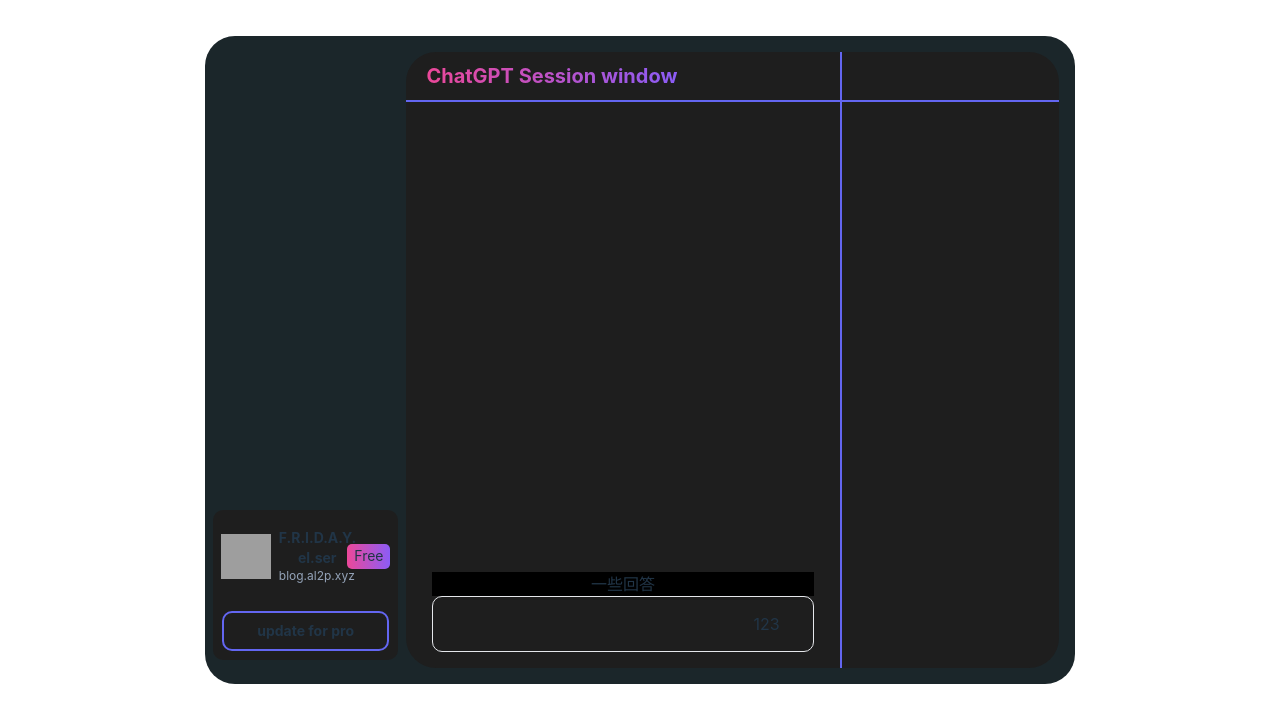
Repository: yezhonghu0503/chatgpt-vue-lac
Page: /
The author's editor kept a copy of each file at every save. The page is drawn from the files as they stood at one save, then again after the next save.
The browser window is 1280 px wide. The pictures show the whole page.
Pictures or frames that could not be fetched are drawn as grey boxes. The project was rebuilt for these pictures with package versions that can differ from the ones it lists, and the page was loaded fresh each time. Also part of the build but not shown: vite.config.ts.

Above is the page before, as saved 2023-05-18 18:33:44.

After the next save:
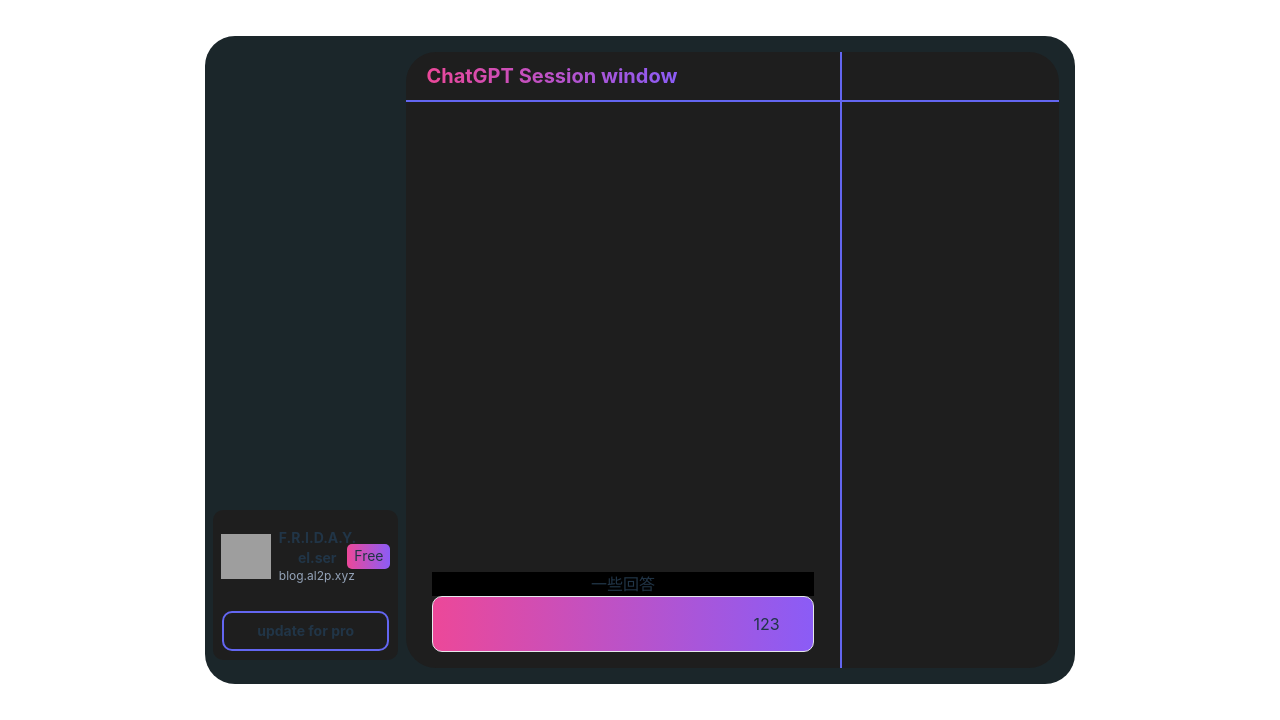
Saved 14 s later.
--- a/src/components/chat-main/chatMain.vue
+++ b/src/components/chat-main/chatMain.vue
@@ -15,7 +15,7 @@
           <img src="" alt="" />
         </div>
         <div
-          class="flex w-[95%] items-center rounded-[10px] h-14 border-[1px] from-pink-500 to-violet-500"
+          class="flex w-[95%] items-center rounded-[10px] h-14 border-[1px] bg-gradient-to-r from-pink-500 to-violet-500"
         >
           <input class="w-[25vw]" type="text" />
           <div>123</div>

After the save that followed:
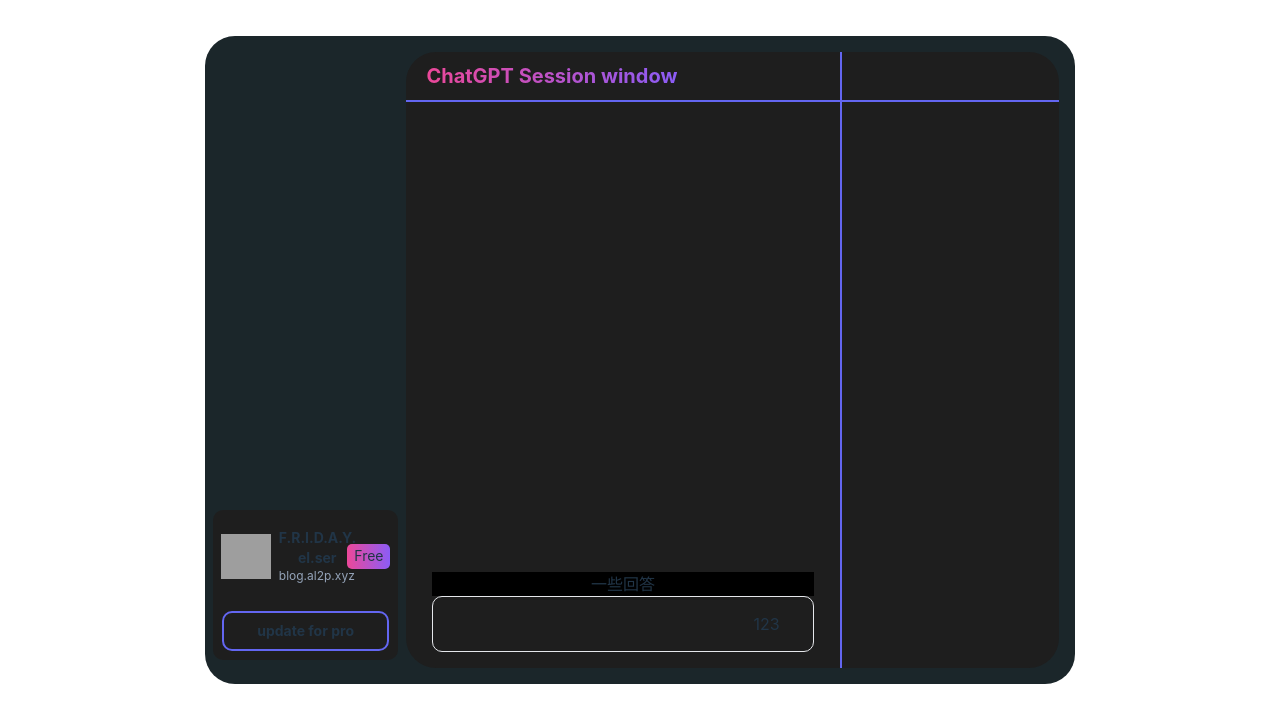
Saved 2 min 12 s later.
--- a/src/components/chat-main/chatMain.vue
+++ b/src/components/chat-main/chatMain.vue
@@ -15,7 +15,7 @@
           <img src="" alt="" />
         </div>
         <div
-          class="flex w-[95%] items-center rounded-[10px] h-14 border-[1px] bg-gradient-to-r from-pink-500 to-violet-500"
+          class="flex w-[95%] items-center rounded-[10px] h-14 border-[1px] border-gradient-to-r from-pink-500 to-violet-500"
         >
           <input class="w-[25vw]" type="text" />
           <div>123</div>
